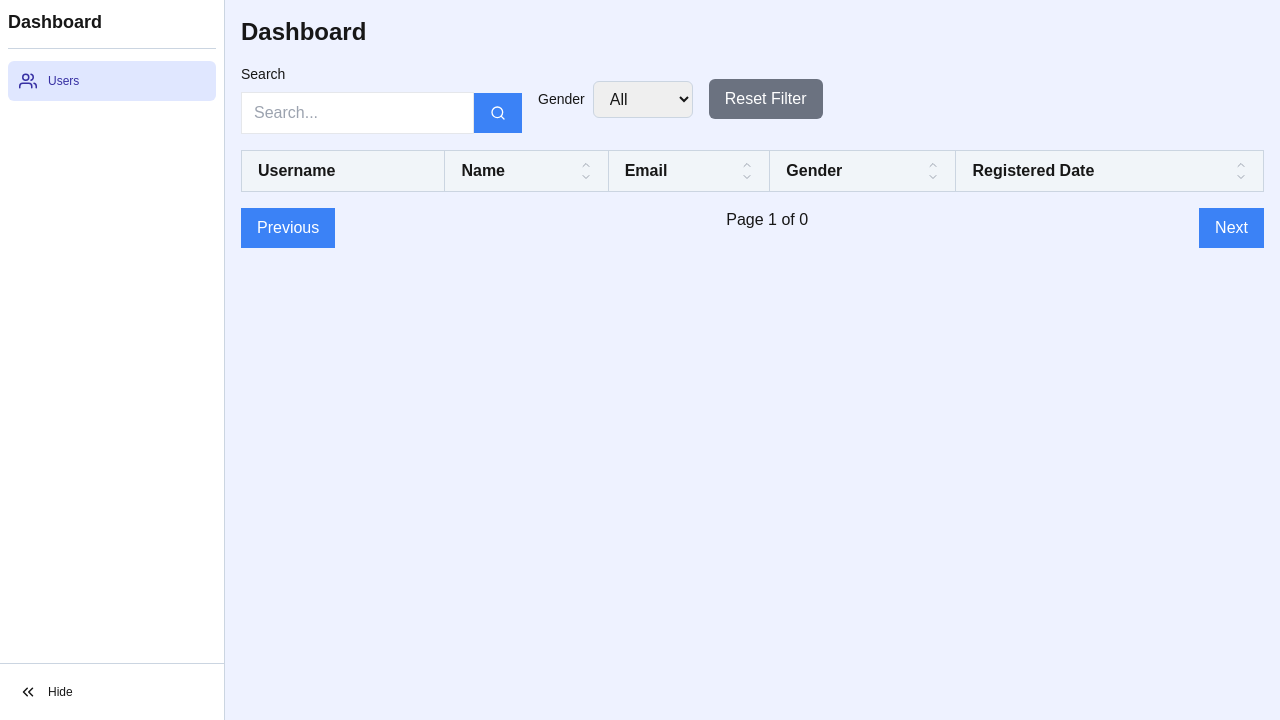
Repository: Ademaulana100499/userdashboard
Page: /
The author's editor kept a copy of each file at every save. The page is drawn from the files as they stood at one save, then again after the next save.
The browser window is 1280 px wide. The pictures show the whole page.
The page's requests for data from a server got no answer. The project was rebuilt for these pictures with package versions that can differ from the ones it lists, and the page was loaded fresh each time. The framework's server and built-in components were replaced by stand-ins that run in the browser. No one was signed in, and anything a server would have sent is missing. Also part of the build but not shown: next.config.mjs.

Above is the page before, as saved 2025-02-14 21:55:17.

### src/pages/index.js
import React from "react";
import Sidebar from "@/components/Sidebar";
import DashboardContent from "@/components/DashboardContent";
const Dashboard = () => {
  return (
    <div className="flex bg-indigo-50">
      <Sidebar />
      <DashboardContent />
    </div>
  );
};

export default Dashboard;

### src/components/Sidebar.jsx
import React, { useState } from "react";
import { FiChevronsRight, FiUsers } from "react-icons/fi";
import { motion } from "framer-motion";
const Sidebar = () => {
  const [open, setOpen] = useState(true);
  const [selected, setSelected] = useState("Users");

  return (
    <motion.nav
      layout
      className="sticky top-0 h-screen shrink-0 border-r border-slate-300 bg-white p-2"
      style={{
        width: open ? "225px" : "fit-content",
      }}>
      <TitleSection open={open} />

      <div className="space-y-1">
        <Option
          Icon={FiUsers}
          title="Users"
          selected={selected}
          setSelected={setSelected}
          open={open}
        />
      </div>

      <ToggleClose open={open} setOpen={setOpen} />
    </motion.nav>
  );
};

const Option = ({ Icon, title, selected, setSelected, open, notifs }) => {
  return (
    <motion.button
      layout
      onClick={() => setSelected(title)}
      className={`relative flex h-10 w-full items-center rounded-md transition-colors ${
        selected === title
          ? "bg-indigo-100 text-indigo-800"
          : "text-slate-500 hover:bg-slate-100"
      }`}>
      <motion.div
        layout
        className="grid h-full w-10 place-content-center text-lg">
        <Icon />
      </motion.div>
      {open && (
        <motion.span
          layout
          initial={{ opacity: 0, y: 12 }}
          animate={{ opacity: 1, y: 0 }}
          transition={{ delay: 0.125 }}
          className="text-xs font-medium">
          {title}
        </motion.span>
      )}

      {notifs && open && (
        <motion.span
          initial={{ scale: 0, opacity: 0 }}
          animate={{
            opacity: 1,
            scale: 1,
          }}
          style={{ y: "-50%" }}
          transition={{ delay: 0.5 }}
          className="absolute right-2 top-1/2 size-4 rounded bg-indigo-500 text-xs text-white">
          {notifs}
        </motion.span>
      )}
    </motion.button>
  );
};

const TitleSection = ({ open }) => {
  return (
    <div className="mb-3 border-b border-slate-300 pb-3">
      <div className="flex cursor-pointer items-center justify-between rounded-md transition-colors hover:bg-slate-100">
        <div className="flex justify-center items-center">
          {open && (
            <motion.div
              layout
              initial={{ opacity: 0, y: 12 }}
              animate={{ opacity: 1, y: 0 }}
              transition={{ delay: 0.125 }}>
              <span className="block text-lg font-semibold">Dashboard</span>
            </motion.div>
          )}
        </div>
      </div>
    </div>
  );
};

const ToggleClose = ({ open, setOpen }) => {
  return (
    <motion.button
      layout
      onClick={() => setOpen((pv) => !pv)}
      className="absolute bottom-0 left-0 right-0 border-t border-slate-300 transition-colors hover:bg-slate-100">
      <div className="flex items-center p-2">
        <motion.div
          layout
          className="grid size-10 place-content-center text-lg">
          <FiChevronsRight
            className={`transition-transform ${open && "rotate-180"}`}
          />
        </motion.div>
        {open && (
          <motion.span
            layout
            initial={{ opacity: 0, y: 12 }}
            animate={{ opacity: 1, y: 0 }}
            transition={{ delay: 0.125 }}
            className="text-xs font-medium">
            Hide
          </motion.span>
        )}
      </div>
    </motion.button>
  );
};

export default Sidebar;

### src/components/DashboardContent.jsx
import { FiChevronUp, FiChevronDown } from "react-icons/fi";
import { useState, useEffect } from "react";
import { FiSearch } from "react-icons/fi";

const DashboardContent = () => {
  const [data, setData] = useState([]);
  const [filteredData, setFilteredData] = useState([]); // For filtered data
  const [sortConfig, setSortConfig] = useState({ key: null, direction: null });
  const [selectedGender, setSelectedGender] = useState("all"); // Gender filter state
  const [searchKeyword, setSearchKeyword] = useState(""); // For search keyword
  const [currentPage, setCurrentPage] = useState(1); // Track current page
  const itemsPerPage = 5; // Number of items to display per page

  const fetchData = async () => {
    try {
      const response = await fetch(`https://randomuser.me/api/?results=10`);
      const result = await response.json();
      setData(result.results);
      setFilteredData(result.results); // Initialize filteredData with all data
    } catch (error) {
      console.error("Error fetching data:", error);
    }
  };

  useEffect(() => {
    fetchData();
  }, []);

  const handleSort = (key) => {
    let direction = "asc";
    if (sortConfig.key === key && sortConfig.direction === "asc") {
      direction = "desc";
    }
    setSortConfig({ key, direction });

    setFilteredData((prevData) =>
      [...prevData].sort((a, b) => {
        const valueA = getNestedValue(a, key);
        const valueB = getNestedValue(b, key);

        if (valueA < valueB) return direction === "asc" ? -1 : 1;
        if (valueA > valueB) return direction === "asc" ? 1 : -1;
        return 0;
      })
    );
  };

  const handleSearch = () => {
    // Filter data based on searchKeyword only when the search button is clicked
    const filtered = data.filter((user) =>
      `${user.name.first} ${user.name.last}`
        .toLowerCase()
        .includes(searchKeyword.toLowerCase())
    );
    setFilteredData(filtered);
  };

  const handleGenderFilter = (gender) => {
    setSelectedGender(gender);
    if (gender === "all") {
      setFilteredData(data); // Show all data if "All" is selected
    } else {
      const filtered = data.filter((user) => user.gender === gender);
      setFilteredData(filtered); // Filter based on selected gender
    }
  };

  const handleResetFilter = () => {
    // Reset filters
    setSelectedGender("all");
    setSearchKeyword("");
    setFilteredData(data); // Reset filtered data to the original
  };

  const getNestedValue = (obj, path) => {
    return path
      .split(".")
      .reduce((acc, key) => (acc && acc[key] ? acc[key] : ""), obj);
  };

  const getSortIconStyle = (key) => {
    return sortConfig.key === key ? "text-black" : "text-gray-400";
  };

  // Paginate the filtered data based on the current page
  const paginateData = (data) => {
    const indexOfLastItem = currentPage * itemsPerPage;
    const indexOfFirstItem = indexOfLastItem - itemsPerPage;
    return data.slice(indexOfFirstItem, indexOfLastItem);
  };

  // Handle page change
  const handlePageChange = (page) => {
    setCurrentPage(page);
  };

  // Calculate total pages based on filtered data
  const totalPages = Math.ceil(filteredData.length / itemsPerPage);

  return (
    <div className="flex-1 p-4">
      <h1 className="text-2xl font-semibold mb-4">Dashboard</h1>
      <div className="flex gap-4 items-center mb-4">
        {/* Search */}
        <div className="flex flex-col  gap-2">
          <label htmlFor="search" className="text-sm">
            Search
          </label>
          <div className="flex items-center">
            <input
              type="text"
              id="search"
              value={searchKeyword}
              onChange={(e) => setSearchKeyword(e.target.value)} // Update search keyword
              placeholder="Search..."
              className="border px-3 py-2"
            />
            <button
              type="button"
              onClick={handleSearch}
              className="bg-blue-500  text-white px-4 py-3  hover:bg-blue-600">
              <FiSearch />
            </button>
          </div>
        </div>

        {/* Gender Filter */}
        <div className="flex items-center gap-2">
          <label htmlFor="gender" className="text-sm">
            Gender
          </label>
          <select
            name="gender"
            id="gender"
            value={selectedGender}
            onChange={(e) => handleGenderFilter(e.target.value)} // Update gender filter
            className="border border-slate-300 rounded-md px-3 py-2">
            <option value="all">All</option>
            <option value="male">Male</option>
            <option value="female">Female</option>
          </select>
        </div>

        {/* Reset Filter Button */}
        <div className="flex items-center">
          <button
            type="button"
            onClick={handleResetFilter}
            className="bg-gray-500 text-white px-4 py-2 rounded-md hover:bg-gray-600 mt-2 md:mt-0">
            Reset Filter
          </button>
        </div>
      </div>

      <table className="min-w-full table-auto border-collapse border border-slate-300 mt-4">
        <thead>
          <tr className="bg-slate-100">
            <th className="border border-slate-300 px-4 py-2 text-left">
              Username
            </th>
            <th className="border border-slate-300 px-4 py-2 text-left">
              <div className="flex justify-between items-center">
                <span>Name</span>
                <div className="flex flex-col items-center">
                  <FiChevronUp
                    onClick={() => handleSort("name.first")}
                    className={`text-xs cursor-pointer ${getSortIconStyle(
                      "name.first"
                    )}`}
                  />
                  <FiChevronDown
                    onClick={() => handleSort("name.first")}
                    className={`text-xs cursor-pointer ${getSortIconStyle(
                      "name.first"
                    )}`}
                  />
                </div>
              </div>
            </th>
            <th className="border border-slate-300 px-4 py-2 text-left">
              <div className="flex justify-between items-center">
                <span>Email</span>
                <div className="flex flex-col items-center">
                  <FiChevronUp
                    onClick={() => handleSort("email")}
                    className={`text-xs cursor-pointer ${getSortIconStyle(
                      "email"
                    )}`}
                  />
                  <FiChevronDown
                    onClick={() => handleSort("email")}
                    className={`text-xs cursor-pointer ${getSortIconStyle(
                      "email"
                    )}`}
                  />
                </div>
              </div>
            </th>
            <th className="border border-slate-300 px-4 py-2 text-left">
              <div className="flex justify-between items-center">
                <span>Gender</span>
                <div className="flex flex-col items-center">
                  <FiChevronUp
                    onClick={() => handleSort("gender")}
                    className={`text-xs cursor-pointer ${getSortIconStyle(
                      "gender"
                    )}`}
                  />
                  <FiChevronDown
                    onClick={() => handleSort("gender")}
                    className={`text-xs cursor-pointer ${getSortIconStyle(
                      "gender"
                    )}`}
                  />
                </div>
              </div>
            </th>
            <th className="border border-slate-300 px-4 py-2 text-left">
              <div className="flex justify-between items-center">
                <span>Registered Date</span>
                <div className="flex flex-col items-center">
                  <FiChevronUp
                    onClick={() => handleSort("registered.date")}
                    className={`text-xs cursor-pointer ${getSortIconStyle(
                      "registered.date"
                    )}`}
                  />
                  <FiChevronDown
                    onClick={() => handleSort("registered.date")}
                    className={`text-xs cursor-pointer ${getSortIconStyle(
                      "registered.date"
                    )}`}
                  />
                </div>
              </div>
            </th>
          </tr>
        </thead>
        <tbody>
          {paginateData(filteredData).map((user, index) => (
            <tr key={index} className="hover:bg-slate-50">
              <td className="border border-slate-300 px-4 py-2">
                {user.login.username}
              </td>
              <td className="border border-slate-300 px-4 py-2">
                {user.name.title} {user.name.first} {user.name.last}
              </td>
              <td className="border border-slate-300 px-4 py-2">
                {user.email}
              </td>
              <td className="border border-slate-300 px-4 py-2">
                {user.gender}
              </td>
              <td className="border border-slate-300 px-4 py-2">
                {new Date(user.registered.date)
                  .toLocaleString("id-ID", {
                    day: "2-digit",
                    month: "2-digit",
                    year: "numeric",
                    hour: "2-digit",
                    minute: "2-digit",
                  })
                  .replace(",", "")
                  .replace("/", "-")
                  .replace("/", "-")
                  .replace(".", ":")}
              </td>
            </tr>
          ))}
        </tbody>
      </table>

      {/* Pagination controls */}
      <div className="flex justify-between mt-4">
        <button
          onClick={() => handlePageChange(currentPage - 1)}
          disabled={currentPage === 1}
          className="px-4 py-2 bg-blue-500 text-white">
          Previous
        </button>
        <span>
          Page {currentPage} of {totalPages}
        </span>
        <button
          onClick={() => handlePageChange(currentPage + 1)}
          disabled={currentPage === totalPages}
          className="px-4 py-2 bg-blue-500 text-white">
          Next
        </button>
      </div>
    </div>
  );
};

export default DashboardContent;

Loaded but not shown: src/pages/_app.js (common file); src/pages/_document.js (common file); src/styles/globals.css (common file); tailwind.config.mjs (common file)

After the next save:
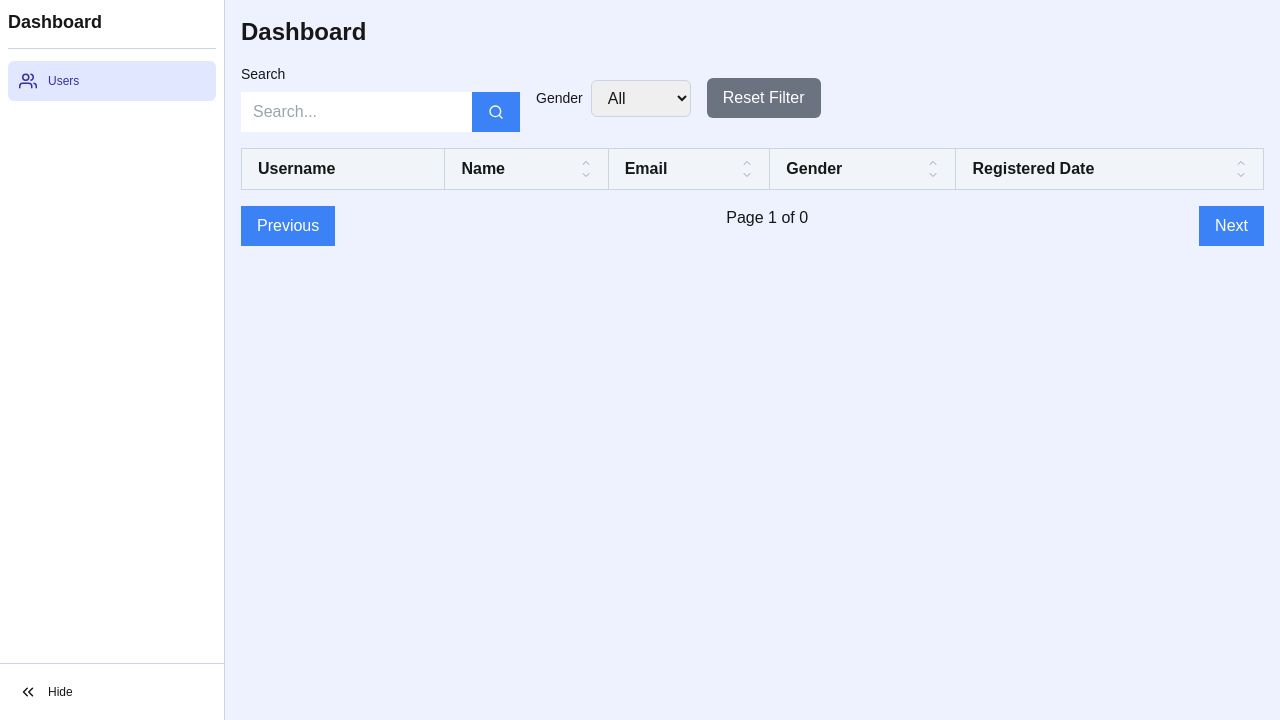
Saved 30 s later.
--- a/src/components/DashboardContent.jsx
+++ b/src/components/DashboardContent.jsx
@@ -113,7 +113,7 @@ const DashboardContent = () => {
               value={searchKeyword}
               onChange={(e) => setSearchKeyword(e.target.value)} // Update search keyword
               placeholder="Search..."
-              className="border px-3 py-2"
+              className=" px-3 py-2"
             />
             <button
               type="button"
